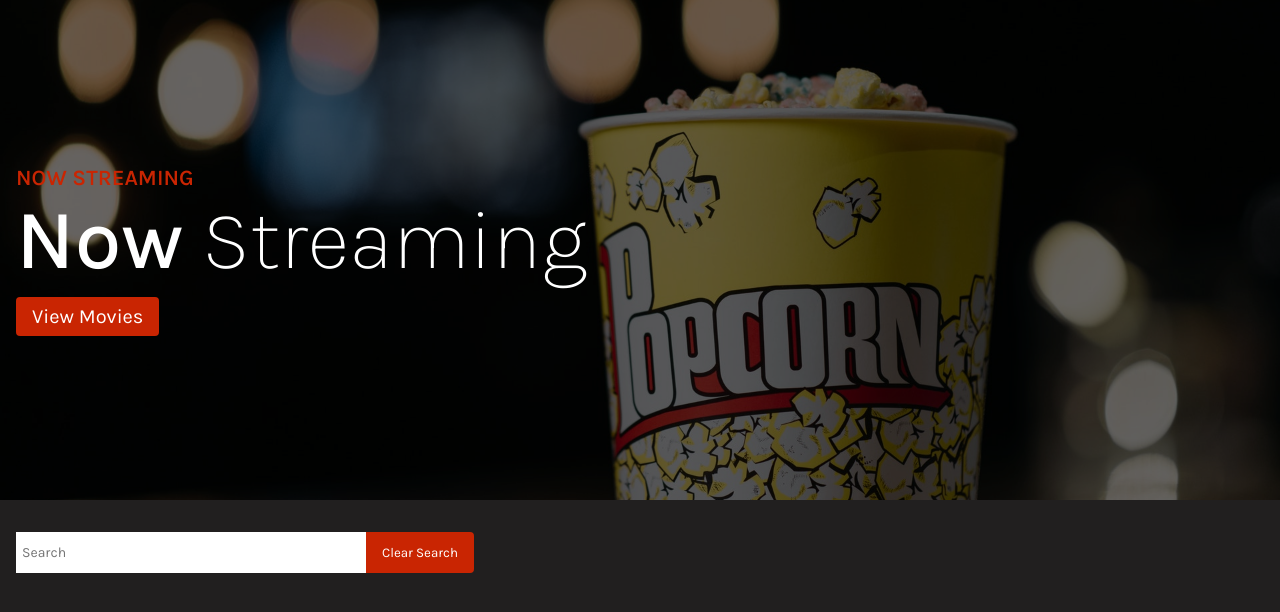
Repository: tomas938/films-overview
Page: /
These files come from the project's save history. The page is drawn as it stood at one moment and after a run of saves; the edit follows.
The browser window is 1280 px wide. The pictures show the whole page.
The page's requests for data from a server got no answer. The project was rebuilt for these pictures with package versions that can differ from the ones it lists, and the page was loaded fresh each time. The framework's server and built-in components were replaced by stand-ins that run in the browser. No one was signed in, and anything a server would have sent is missing. Also part of the build but not shown: nuxt.config.js, components/Loading.vue.

Above is the page before, as saved 2021-08-26 21:12:01.

### assets/defaults.scss
@import url('https://fonts.googleapis.com/css2?family=Karla:wght@200;300;400;500;600&display=swap');

* {
  margin: 0;
  padding: 0;
  box-sizing: border-box;
  font-family: 'Karla', sans-serif;
  scroll-behavior: smooth;
}

// app transitions
.page-enter-active,
.page-leave-active {
  transition: opacity 0.5s;
}
.page-enter,
.page-leave-to {
  opacity: 0;
}

.app {
  background-color: #211f1f;
  min-height: 100vh;
}

.button {
  display: inline-block;
  text-decoration: none;
  color: inherit;
  padding: 8px 16px;
  background-color: #c92502;
  border: none;
  color: #fff;
  border-radius: 4px;
  cursor: pointer;
  transition: 0.3s ease all;

  &:hover {
    background-color: #891b02;
  }
}

.button-light {
  background-color: transparent;
  border: 1px solid #c92502;

  &:hover {
    border-color: transparent;
  }
}

.container {
  max-width: 1400px;
  margin: 0 auto;
}

.loading {
  height: 100vh;
  width: 100%;
  display: flex;
  justify-content: center;
  align-items: center;

  @keyframes circle-loading {
    to {
      transform: rotateZ(360deg);
    }
  }

  span {
    display: block;
    width: 70px;
    height: 70px;
    border-radius: 50%;
    border: 2px solid transparent;
    border-top-color: #fff;
    animation: circle-loading 1200ms ease infinite;
  }
}

### components/Hero.vue
<template>
  <div class="hero">
    <img src="../assets/imgs/movieHero.jpg" alt="hero image" />
    <div class="text-container">
      <div class="text">
        <span class="mini-heading">Now Streaming</span>
        <h1><span>Now</span> Streaming</h1>
        <a href="#movie-grid" class="button">View Movies</a>
      </div>
    </div>
  </div>
</template>

<script>
export default {
  name: 'Hero',
}
</script>

<style lang="scss" scoped>
.hero {
  height: 400px;
  position: relative;
  @media (min-width: 750px) {
    height: 500px;
  }
  &::after {
    content: '';
    position: absolute;
    top: 0;
    left: 0;
    height: 100%;
    width: 100%;
    background-color: rgba(0, 0, 0, 0.6);
  }
  img {
    width: 100%;
    height: 100%;
    object-fit: cover;
  }
  .text-container {
    z-index: 99;
    position: absolute;
    top: 0;
    margin: 0;
    width: 100%;
    height: 100%;
    display: flex;
    flex-direction: column;
    justify-content: center;
    .text {
      padding: 0 16px;
      width: 100%;
      max-width: 1400px;
      margin: 0 auto;
    }
    .mini-heading {
      font-weight: 600;
      font-size: 18px;
      text-transform: uppercase;
      color: #c92502;
      margin-bottom: 8px;
      @media (min-width: 750px) {
        font-size: 22px;
      }
    }
    h1 {
      color: #fff;
      font-size: 64px;
      font-weight: 200;
      margin-bottom: 8px;
      @media (min-width: 750px) {
        font-size: 84px;
      }
      span {
        font-weight: 500;
      }
    }
    .button {
      font-size: 20px;
      align-self: flex-start;
    }
  }
}
</style>

### layouts/default.vue
<template>
  <div class="app">
    <Nuxt />
  </div>
</template>

### pages/index.vue
<template>
  <div class="home">
    <Hero></Hero>
    <div class="container search">
      <input type="text" placeholder="Search" v-model.lazy="searchInput" />
      <button class="button">Clear Search</button>
    </div>
    <div class="container movies">
      <div id="movie-grid" class="movies-grid">
        <div class="movie" v-for="(movie, index) in movies" :key="index">
          <div class="movie-img">
            <img
              :src="`https://image.tmdb.org/t/p/w500/${movie.poster_path}`"
              alt=""
            />
            <p class="review">{{ movie.vote_average }}</p>
            <p class="overview">{{ movie.overview }}</p>
          </div>
          <div class="info">
            <p class="title">
              {{ movie.title.slice(0, 25)
              }}<span v-if="movie.title.length > 25">...</span>
            </p>
            <p class="release">
              Released:{{
                new Date(movie.release_data).toLocaleString('en-us', {
                  month: 'long',
                  day: 'numeric',
                  year: 'numeric',
                })
              }}
            </p>
            <Nuxt-link
              class="button button-link"
              :to="{ name: 'movies-movieid', params: { movieid: movie.id } }"
              >Get More Info</Nuxt-link
            >
          </div>
        </div>
      </div>
    </div>
  </div>
</template>

<script>
import axios from 'axios'
export default {
  data() {
    return {
      movies: [],
      searchInput: '',
    }
  },
  async fetch() {
    await this.getMovies()
  },
  methods: {
    async getMovies() {
      const data = axios(
        'https://api.themoviedb.org/3/movie/now_playing?api_key=a0b65c5ae8f856e9b3307cd48815620d&language=en-US&page=1'
      )
      const result = await data
      result.data.results.forEach((movie) => {
        this.movies.push(movie)
      })
    },
  },
}
</script>
<style lang="scss" scoped>
.home {
  .loading {
    padding-top: 120px;
    align-items: flex-start;
  }
  .search {
    display: flex;
    padding: 32px 16px;
    input {
      max-width: 350px;
      width: 100%;
      padding: 12px 6px;
      font-size: 14px;
      border: none;
      &:focus {
        outline: none;
      }
    }
    .button {
      border-top-left-radius: 0;
      border-bottom-left-radius: 0;
    }
  }
  .movies {
    padding: 32px 16px;
    .movies-grid {
      display: grid;
      column-gap: 32px;
      row-gap: 64px;
      grid-template-columns: 1fr;
      @media (min-width: 500px) {
        grid-template-columns: repeat(2, 1fr);
      }
      @media (min-width: 750px) {
        grid-template-columns: repeat(3, 1fr);
      }
      @media (min-width: 1100px) {
        grid-template-columns: repeat(4, 1fr);
      }
      .movie {
        position: relative;
        display: flex;
        flex-direction: column;
        .movie-img {
          cursor: pointer;
          width: 100%;
          height: 100%;
          position: relative;
          overflow: hidden;
          &:hover {
            .overview {
              transform: translateY(0);
            }
          }
          img {
            display: block;
            width: 100%;
            height: 100%;
          }
          .review {
            position: absolute;
            top: 0;
            left: 0;
            display: flex;
            justify-content: center;
            align-items: center;
            width: 40px;
            height: 40px;
            background-color: #c92502;
            color: #fff;
            border-radius: 0 0 16px 0;
            box-shadow: 0 4px 6px -1px rgba(0, 0, 0, 0.1),
              0 2px 4px -1px rgba(0, 0, 0, 0.06);
          }
          .overview {
            line-height: 1.5;
            position: absolute;
            bottom: 0;
            background-color: rgba(201, 38, 2, 0.9);
            padding: 12px;
            color: #fff;
            transform: translateY(100%);
            transition: 0.3s ease-in-out all;
          }
        }
        .info {
          margin-top: auto;
          .title {
            margin-top: 8px;
            color: #fff;
            font-size: 20px;
          }
          .release {
            margin-top: 8px;
            color: #c9c9c9;
          }
          .button {
            margin-top: 8px;
          }
        }
      }
    }
  }
}
</style>

After the next 3 saves:
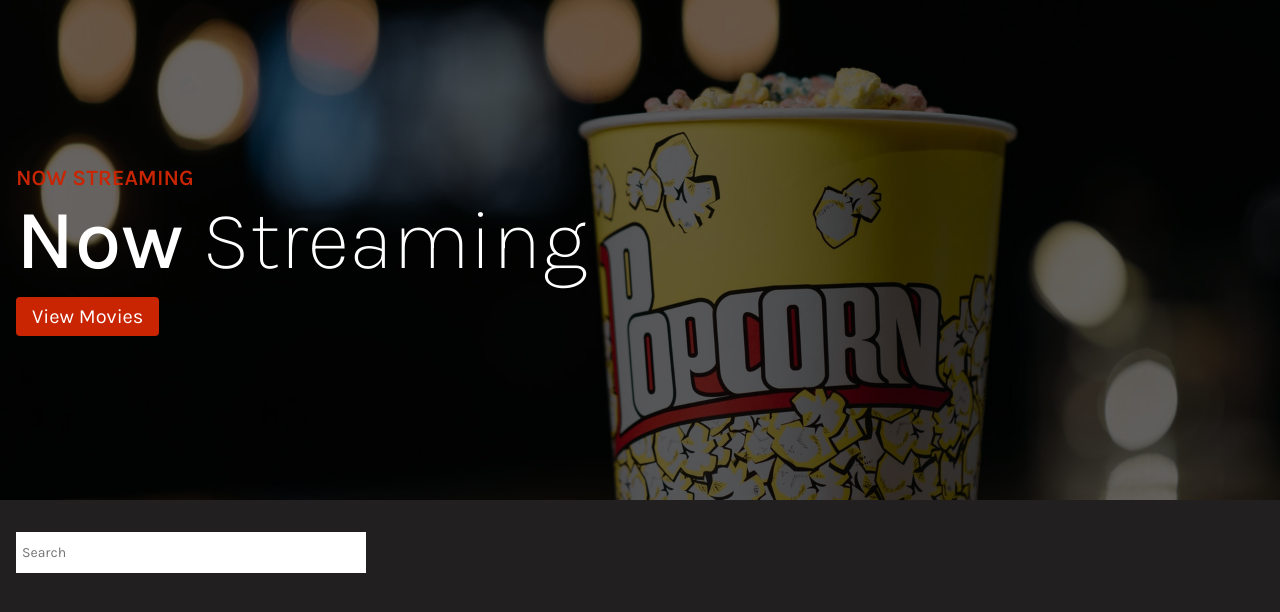
The 3 saves are shown as one change because they came seconds apart.
The last was saved 23 s later.
--- a/pages/index.vue
+++ b/pages/index.vue
@@ -3,7 +3,7 @@
     <Hero></Hero>
     <div class="container search">
       <input type="text" placeholder="Search" v-model.lazy="searchInput" />
-      <button class="button">Clear Search</button>
+      <button v-show="searchInput != ''" class="button">Clear Search</button>
     </div>
     <div class="container movies">
       <div id="movie-grid" class="movies-grid">
